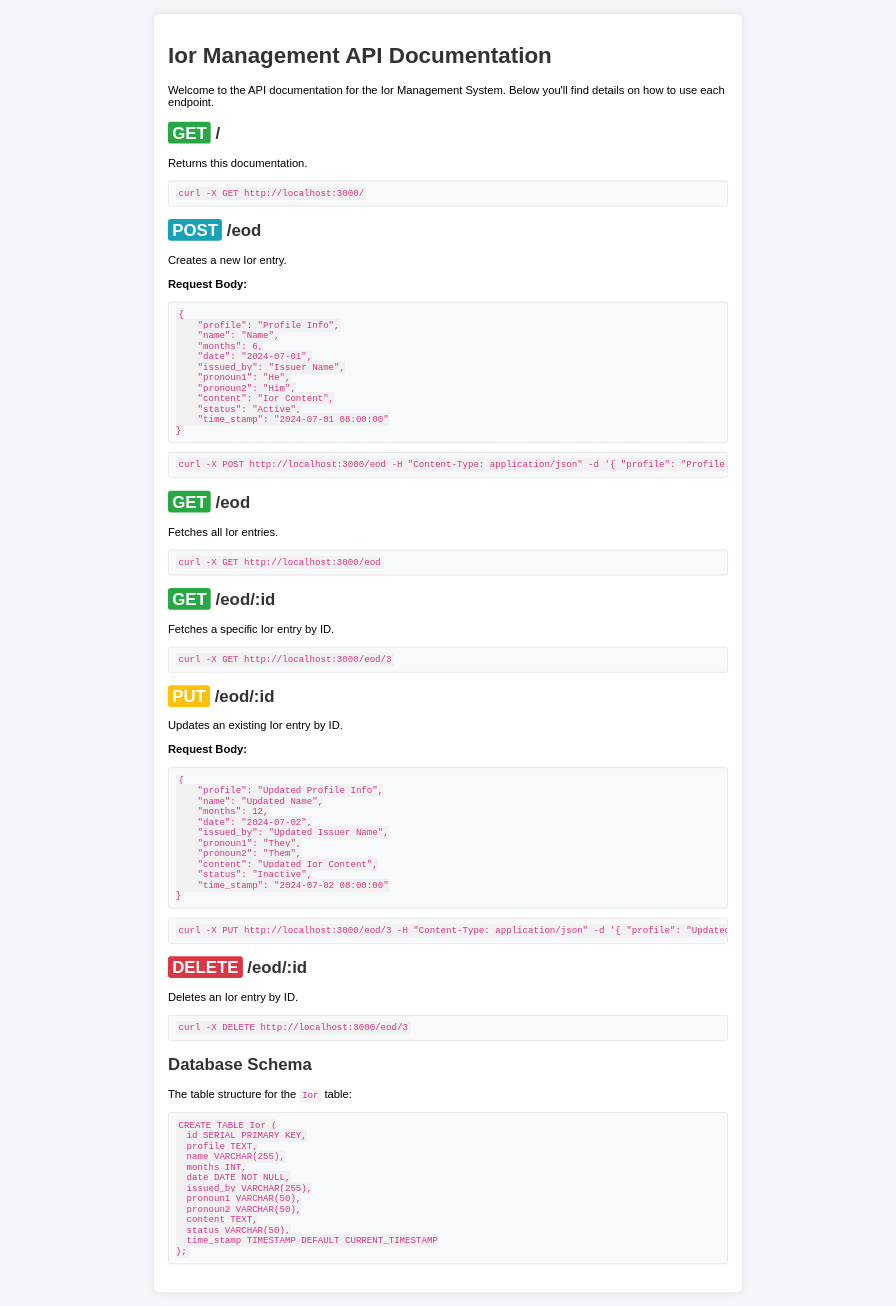
Repository: SpicierEwe/eod_node_express_server
Page: api_documentation/documentation.html
These files come from the project's save history. The page is drawn as it stood at one moment and after the next save; the edit follows.
The browser window is 1280 px wide. The pictures show the whole page, at 70% of full size.

Above is the page before, as saved 2024-08-06 21:39:59.

After the next save:
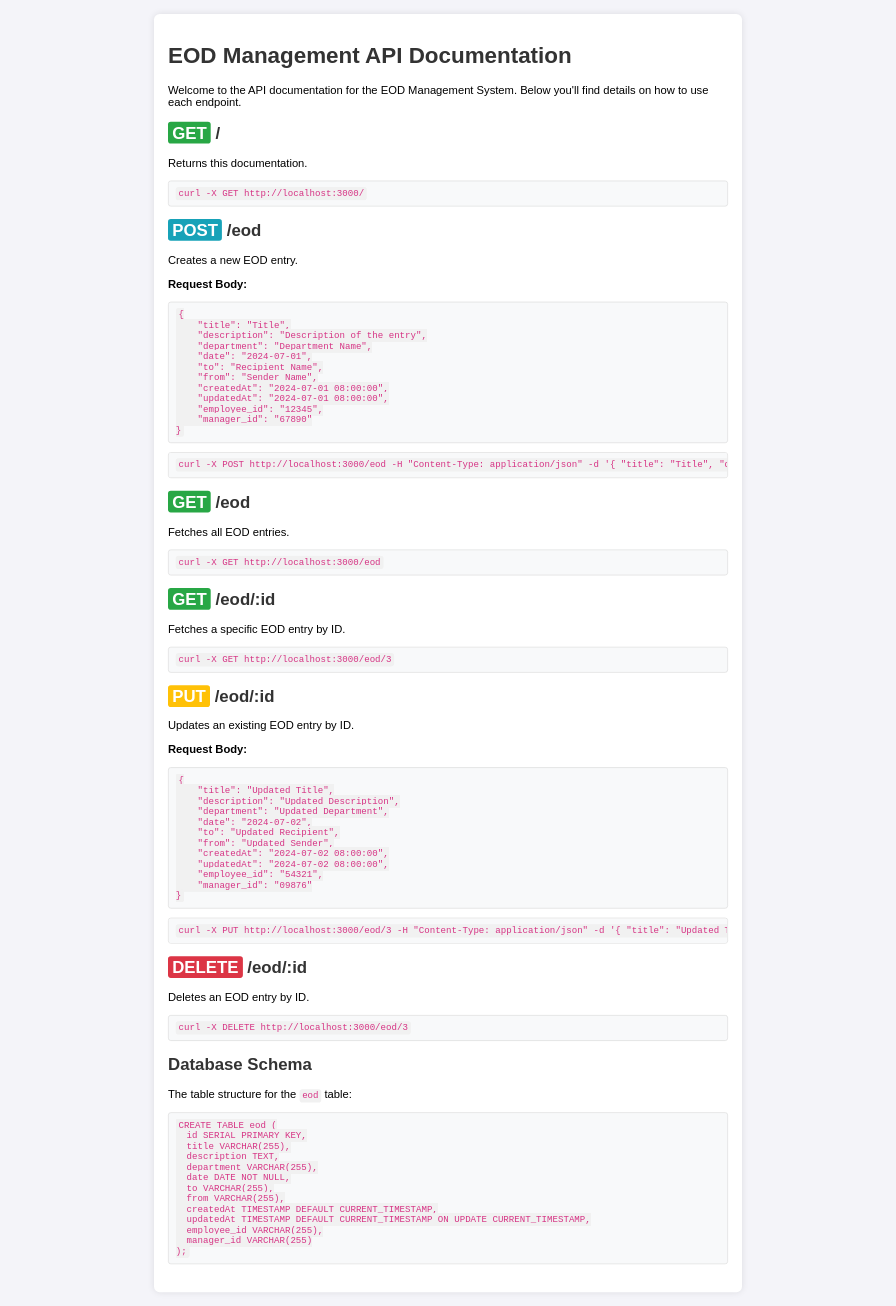
Saved 97 min 28 s later.
--- a/api_documentation/documentation.html
+++ b/api_documentation/documentation.html
@@ -3,7 +3,7 @@
   <head>
     <meta charset="UTF-8" />
     <meta name="viewport" content="width=device-width, initial-scale=1.0" />
-    <title>Ior Management API Documentation</title>
+    <title>EOD Management API Documentation</title>
     <style>
       body {
         font-family: Arial, sans-serif;
@@ -62,9 +62,9 @@
   </head>
   <body>
     <div class="container">
-      <h1>Ior Management API Documentation</h1>
+      <h1>EOD Management API Documentation</h1>
       <p>
-        Welcome to the API documentation for the Ior Management System. Below
+        Welcome to the API documentation for the EOD Management System. Below
         you'll find details on how to use each endpoint.
       </p>
 
@@ -76,75 +76,75 @@
 
       <div class="route">
         <h2><span class="method post">POST</span> /eod</h2>
-        <p>Creates a new Ior entry.</p>
+        <p>Creates a new EOD entry.</p>
         <p><strong>Request Body:</strong></p>
         <pre><code>{
-    "profile": "Profile Info",
-    "name": "Name",
-    "months": 6,
+    "title": "Title",
+    "description": "Description of the entry",
+    "department": "Department Name",
     "date": "2024-07-01",
-    "issued_by": "Issuer Name",
-    "pronoun1": "He",
-    "pronoun2": "Him",
-    "content": "Ior Content",
-    "status": "Active",
-    "time_stamp": "2024-07-01 08:00:00"
+    "to": "Recipient Name",
+    "from": "Sender Name",
+    "createdAt": "2024-07-01 08:00:00",
+    "updatedAt": "2024-07-01 08:00:00",
+    "employee_id": "12345",
+    "manager_id": "67890"
 }</code></pre>
-        <pre><code>curl -X POST http://localhost:3000/eod -H "Content-Type: application/json" -d '{ "profile": "Profile Info", "name": "Name", "months": 6, "date": "2024-07-01", "issued_by": "Issuer Name", "pronoun1": "He", "pronoun2": "Him", "content": "Ior Content", "status": "Active", "time_stamp": "2024-07-01 08:00:00" }'</code></pre>
+        <pre><code>curl -X POST http://localhost:3000/eod -H "Content-Type: application/json" -d '{ "title": "Title", "description": "Description of the entry", "department": "Department Name", "date": "2024-07-01", "to": "Recipient Name", "from": "Sender Name", "createdAt": "2024-07-01 08:00:00", "updatedAt": "2024-07-01 08:00:00", "employee_id": "12345", "manager_id": "67890" }'</code></pre>
       </div>
 
       <div class="route">
         <h2><span class="method get">GET</span> /eod</h2>
-        <p>Fetches all Ior entries.</p>
+        <p>Fetches all EOD entries.</p>
         <pre><code>curl -X GET http://localhost:3000/eod</code></pre>
       </div>
 
       <div class="route">
         <h2><span class="method get">GET</span> /eod/:id</h2>
-        <p>Fetches a specific Ior entry by ID.</p>
+        <p>Fetches a specific EOD entry by ID.</p>
         <pre><code>curl -X GET http://localhost:3000/eod/3</code></pre>
       </div>
 
       <div class="route">
         <h2><span class="method put">PUT</span> /eod/:id</h2>
-        <p>Updates an existing Ior entry by ID.</p>
+        <p>Updates an existing EOD entry by ID.</p>
         <p><strong>Request Body:</strong></p>
         <pre><code>{
-    "profile": "Updated Profile Info",
-    "name": "Updated Name",
-    "months": 12,
+    "title": "Updated Title",
+    "description": "Updated Description",
+    "department": "Updated Department",
     "date": "2024-07-02",
-    "issued_by": "Updated Issuer Name",
-    "pronoun1": "They",
-    "pronoun2": "Them",
-    "content": "Updated Ior Content",
-    "status": "Inactive",
-    "time_stamp": "2024-07-02 08:00:00"
+    "to": "Updated Recipient",
+    "from": "Updated Sender",
+    "createdAt": "2024-07-02 08:00:00",
+    "updatedAt": "2024-07-02 08:00:00",
+    "employee_id": "54321",
+    "manager_id": "09876"
 }</code></pre>
-        <pre><code>curl -X PUT http://localhost:3000/eod/3 -H "Content-Type: application/json" -d '{ "profile": "Updated Profile Info", "name": "Updated Name", "months": 12, "date": "2024-07-02", "issued_by": "Updated Issuer Name", "pronoun1": "They", "pronoun2": "Them", "content": "Updated Ior Content", "status": "Inactive", "time_stamp": "2024-07-02 08:00:00" }'</code></pre>
+        <pre><code>curl -X PUT http://localhost:3000/eod/3 -H "Content-Type: application/json" -d '{ "title": "Updated Title", "description": "Updated Description", "department": "Updated Department", "date": "2024-07-02", "to": "Updated Recipient", "from": "Updated Sender", "createdAt": "2024-07-02 08:00:00", "updatedAt": "2024-07-02 08:00:00", "employee_id": "54321", "manager_id": "09876" }'</code></pre>
       </div>
 
       <div class="route">
         <h2><span class="method delete">DELETE</span> /eod/:id</h2>
-        <p>Deletes an Ior entry by ID.</p>
+        <p>Deletes an EOD entry by ID.</p>
         <pre><code>curl -X DELETE http://localhost:3000/eod/3</code></pre>
       </div>
 
       <div class="route">
         <h2>Database Schema</h2>
-        <p>The table structure for the <code>Ior</code> table:</p>
-        <pre><code>CREATE TABLE Ior (
+        <p>The table structure for the <code>eod</code> table:</p>
+        <pre><code>CREATE TABLE eod (
   id SERIAL PRIMARY KEY,
-  profile TEXT,
-  name VARCHAR(255),
-  months INT,
+  title VARCHAR(255),
+  description TEXT,
+  department VARCHAR(255),
   date DATE NOT NULL,
-  issued_by VARCHAR(255),
-  pronoun1 VARCHAR(50),
-  pronoun2 VARCHAR(50),
-  content TEXT,
-  status VARCHAR(50),
-  time_stamp TIMESTAMP DEFAULT CURRENT_TIMESTAMP
+  to VARCHAR(255),
+  from VARCHAR(255),
+  createdAt TIMESTAMP DEFAULT CURRENT_TIMESTAMP,
+  updatedAt TIMESTAMP DEFAULT CURRENT_TIMESTAMP ON UPDATE CURRENT_TIMESTAMP,
+  employee_id VARCHAR(255),
+  manager_id VARCHAR(255)
 );
 </code></pre>
       </div>
